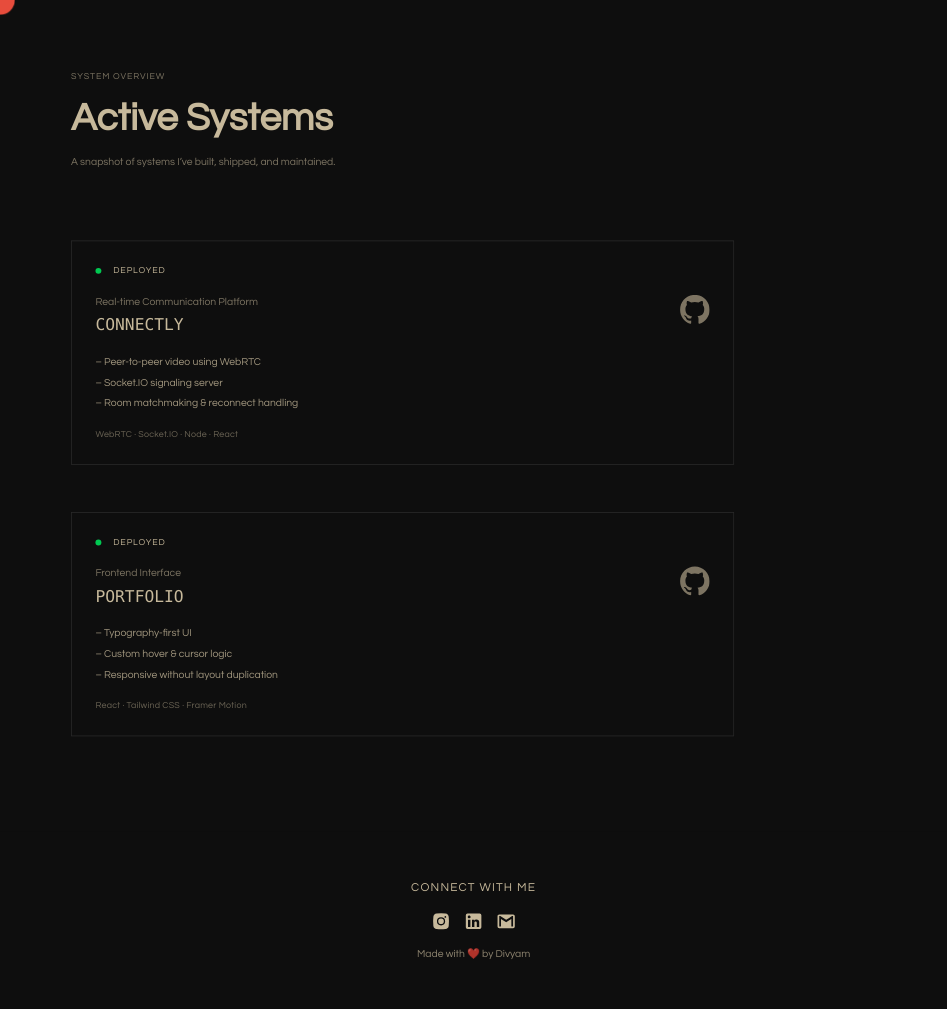
Repository: divyamGNH/DivyamPF
Page: /projects
An editor plug-in stored every save of this project. The page is shown before and after the next save, followed by the edit.
The browser window is 1280 px wide. The pictures show the whole page, at 74% of full size.
The project was rebuilt for these pictures with package versions that can differ from the ones it lists, and the page was loaded fresh each time. Also part of the build but not shown: vite.config.js, src/App.css, src/components/MaskLayer.jsx, src/pages/Landing.jsx, src/pages/topProjects.jsx, src/pages/Socials.jsx, src/pages/Navigations.jsx, src/animations/ScrolltoAnimate.jsx and 5 more.

Above is the page before, as saved 2025-12-21 03:19:04.

### index.html
<!doctype html>
<html lang="en">
  <head>
    <meta charset="UTF-8" />
    <meta name="viewport" content="width=device-width, initial-scale=1.0" />
    <title>DivyamPF</title>
    <link href="https://fonts.googleapis.com/css2?family=Poppins:wght@100..900&family=Questrial&display=swap" rel="stylesheet">
  </head>
  <body>
    <div id="root"></div>
    <script type="module" src="/src/main.jsx"></script>
  </body>
</html>

### src/App.jsx
import { BrowserRouter as Router, Routes, Route } from "react-router-dom";
import "./App.css";

import Home from "./pages/Home";
// import { MouseProvider } from "./Context/MouseContext.jsx";
import About from "./pages/About.jsx";
import Projects from "./pages/Projects.jsx";

import useMouseTracking from "./Hooks/useMouseTracking.js";
import CursorFollower from "./components/CursorFollower.jsx";
import Footer from "./pages/Footer.jsx";

function App() {

  useMouseTracking();

  return (
      <Router>
        <CursorFollower/>

        <Routes>
          <Route path="/" element={<Home />} />
          <Route path="/about" element={<About />} />
          <Route path="/projects" element={<Projects/>} />
          {/* <Route path="/contact" element={<Contact />} /> */}
        </Routes>

        <Footer/>
      </Router>

  );
}

export default App;

### src/index.css
@import url('https://fonts.googleapis.com/css2?family=Poppins:wght@100..900&family=Questrial&display=swap');
@import "tailwindcss";

body {
  margin: 0;
  background-color: #0E0E0E;
  font-family: 'Questrial', sans-serif;
}

### src/pages/Projects.jsx
// import GitHubIcon from "./github.svg";

function Projects() {
  return (
    <div className="min-h-[100svh] bg-[#0E0E0E] text-[#C7B99B] font-[Questrial] px-6 sm:px-12 md:px-24 pt-24 pb-32">

      {/* HEADER */}
      <div className="mb-24">
        <p className="text-xs tracking-widest opacity-60 mb-4">
          SYSTEM OVERVIEW
        </p>

        <h1 className="font-extrabold text-[38px] sm:text-[52px] leading-tight">
          Active Systems
        </h1>

        <p className="text-sm opacity-60 mt-4 max-w-xl">
          A snapshot of systems I’ve built, shipped, and maintained.
        </p>
      </div>

      {/* SYSTEM LIST */}
      <div className="space-y-16 max-w-4xl">

        <System
          status="DEPLOYED"
          statusColor="bg-green-500"
          title="Real-time Communication Platform"
          name="CONNECTLY"
          details={[
            "Peer-to-peer video using WebRTC",
            "Socket.IO signaling server",
            "Room matchmaking & reconnect handling",
          ]}
          stack="WebRTC · Socket.IO · Node · React"
          liveLink="https://connectly-video.vercel.app/"
          githubLink="https://github.com/divyamGNH/Connectly"
        />

        <System
          status="DEPLOYED"
          statusColor="bg-green-500"
          title="Frontend Interface"
          name="PORTFOLIO"
          details={[
            "Typography-first UI",
            "Custom hover & cursor logic",
            "Responsive without layout duplication",
          ]}
          stack="React · Tailwind CSS · Framer Motion"
          liveLink="https://divyamk.vercel.app/"
          githubLink="https://github.com/divyamGNH/DivyamPF"
        />

      </div>
    </div>
  );
}

function System({
  status,
  statusColor,
  title,
  name,
  details,
  stack,
  liveLink,
  githubLink,
}) {
  return (
    <a
      href={liveLink}
      target="_blank"
      rel="noopener noreferrer"
      className="
        block
        border border-[#2A2A2A]
        p-6 sm:p-8
        transition-colors duration-300
        hover:border-[#3A3A3A]
        hover:bg-[#121212]
      "
    >
      {/* STATUS */}
      <div className="flex items-center gap-4 mb-6">
        <span className={`w-2 h-2 rounded-full ${statusColor}`} />
        <p className="text-xs tracking-widest">
          {status}
        </p>
      </div>

      {/* TITLE ROW */}
      <div className="flex items-start justify-between gap-4 mb-6">
        <div>
          <p className="text-sm opacity-60 mb-1">
            {title}
          </p>

          <h2 className="font-mono text-[20px] sm:text-[22px]">
            {name}
          </h2>
        </div>

        {/* GITHUB ICON */}
        <a
          href={githubLink}
          target="_blank"
          rel="noopener noreferrer"
          onClick={(e) => e.stopPropagation()}
          className="opacity-60 hover:opacity-100 transition"
          aria-label="GitHub Repository"
        >
          <img
            src="./github.svg"
            alt="GitHub"
            className="w-8 h-8 sm:w-10 sm:h-10"
          />
        </a>
      </div>

      {/* DETAILS */}
      <ul className="space-y-2 text-sm opacity-80 mb-6 max-w-xl">
        {details.map((item, i) => (
          <li key={i}>– {item}</li>
        ))}
      </ul>

      {/* STACK */}
      <p className="text-xs tracking-wide opacity-50">
        {stack}
      </p>
    </a>
  );
}

export default Projects;

### src/Hooks/useMouseTracking.js
import {useEffect} from "react";
import useMouseStore from "../Store/useMouseStore";

const useMouseTracking = ()=>{
    const setPosition = useMouseStore(state => state.setPosition);

    useEffect(()=>{
        const handleMouseMove = (e) => {
            setPosition(e.clientX, e.clientY);
        };

        window.addEventListener('mousemove', handleMouseMove);

        return () => {
            window.removeEventListener('mousemove', handleMouseMove);
        };
    },[setPosition]);
}

export default useMouseTracking;

### src/components/CursorFollower.jsx
import { motion } from 'framer-motion';
import useMouseStore from '../Store/useMouseStore.js';

const CursorFollower = () => {
  const x = useMouseStore(state => state.x);
  const y = useMouseStore(state => state.y);

  return (
    <>
      <motion.div
        className="cursor-circle"
        style={{
          position: 'fixed',
          width: '40px',
          height: '40px',
          borderRadius: '50%',
          backgroundColor: '#E74C3C',
          pointerEvents: 'none',
          zIndex: 1,
          // mixBlendMode: 'difference',
        }}
        animate={{
          left: x - 20,
          top: y - 20,
        }}
        transition={{
          type: 'spring',
          stiffness: 500,
          damping: 28,
          mass: 0.5,
        }}
      />
    </>
  );
};

export default CursorFollower;

### src/pages/Footer.jsx
function Footer() {
  return (
    <div
      id="footer"
      className="relative w-full max-w-full overflow-x-hidden bg-[#0E0E0E] text-[#C7B99B] py-16 z-1000"
    >
      <div className="flex flex-col items-center text-center gap-5">

        {/* TITLE */}
        <p className="tracking-widest text-md sm:text-base">
          CONNECT WITH ME
        </p>

        {/* SOCIAL ICONS */}
        <div className="flex items-center gap-4">
          <a href="https://www.instagram.com/divvvvvyam/" className="hover:opacity-80 transition" target="_blank" rel="noopener noreferrer">
            <img src="./instaIcon.svg" alt="Instagram" className="w-7 h-7" />
          </a>

          <a href="https://www.linkedin.com/in/divyam-khandelwal-b54594338/" className="hover:opacity-80 transition" target="_blank" rel="noopener noreferrer">
            <img src="./linkedinIcon.svg" alt="LinkedIn" className="w-7 h-7" />
          </a>

          <a href="https://mail.google.com/mail/?view=cm&fs=1&to=divyamproff1521@gmail.com" target="_blank" rel="noopener noreferrer" className="hover:opacity-80 transition">
            <img src="./gmailIcon.svg" alt="Email" className="w-7 h-7" />
          </a>

        </div>

        {/* FOOTER NOTE */}
        <p className="text-sm opacity-70">
          Made with ❤️ by Divyam
        </p>

      </div>
    </div>
  );
}

export default Footer;

### src/Store/useMouseStore.js
import { create } from "zustand";

const useMouseStore = create((set) => ({
  // State
  x: 0,
  y: 0,
  hover: false,   // NEW BOOLEAN STATE

  // Actions
  setPosition: (x, y) => set({ x, y }),
  setHover: (value) => set({ hover: value }),  // NEW ACTION
  setMouse:(x,y) => set({x,y}),
}));

export default useMouseStore;

Loaded but not shown: src/main.jsx (common file)

After the next save:
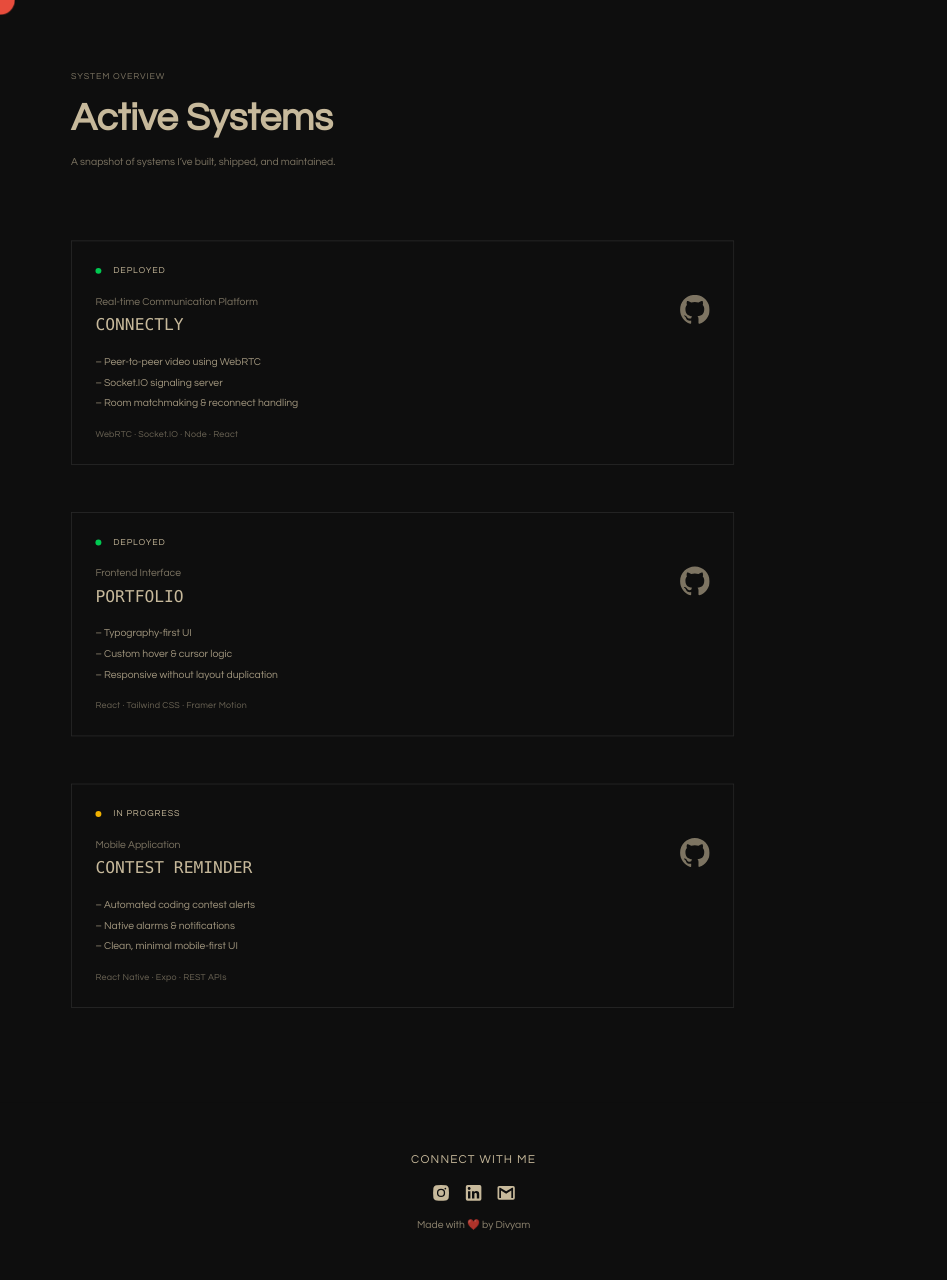
Saved 86 s later.
--- a/src/pages/Projects.jsx
+++ b/src/pages/Projects.jsx
@@ -3,7 +3,6 @@
 function Projects() {
   return (
     <div className="min-h-[100svh] bg-[#0E0E0E] text-[#C7B99B] font-[Questrial] px-6 sm:px-12 md:px-24 pt-24 pb-32">
-
       {/* HEADER */}
       <div className="mb-24">
         <p className="text-xs tracking-widest opacity-60 mb-4">
@@ -21,7 +20,6 @@ function Projects() {
 
       {/* SYSTEM LIST */}
       <div className="space-y-16 max-w-4xl">
-
         <System
           status="DEPLOYED"
           statusColor="bg-green-500"
@@ -52,6 +50,20 @@ function Projects() {
           githubLink="https://github.com/divyamGNH/DivyamPF"
         />
 
+        <System
+          status="IN PROGRESS"
+          statusColor="bg-yellow-500"
+          title="Mobile Application"
+          name="CONTEST REMINDER"
+          details={[
+            "Automated coding contest alerts",
+            "Native alarms & notifications",
+            "Clean, minimal mobile-first UI",
+          ]}
+          stack="React Native · Expo · REST APIs"
+          liveLink="—"
+          githubLink="https://github.com/divyamGNH/ContestReminder"
+        />
       </div>
     </div>
   );
@@ -84,21 +96,15 @@ function System({
       {/* STATUS */}
       <div className="flex items-center gap-4 mb-6">
         <span className={`w-2 h-2 rounded-full ${statusColor}`} />
-        <p className="text-xs tracking-widest">
-          {status}
-        </p>
+        <p className="text-xs tracking-widest">{status}</p>
       </div>
 
       {/* TITLE ROW */}
       <div className="flex items-start justify-between gap-4 mb-6">
         <div>
-          <p className="text-sm opacity-60 mb-1">
-            {title}
-          </p>
+          <p className="text-sm opacity-60 mb-1">{title}</p>
 
-          <h2 className="font-mono text-[20px] sm:text-[22px]">
-            {name}
-          </h2>
+          <h2 className="font-mono text-[20px] sm:text-[22px]">{name}</h2>
         </div>
 
         {/* GITHUB ICON */}
@@ -126,9 +132,7 @@ function System({
       </ul>
 
       {/* STACK */}
-      <p className="text-xs tracking-wide opacity-50">
-        {stack}
-      </p>
+      <p className="text-xs tracking-wide opacity-50">{stack}</p>
     </a>
   );
 }
